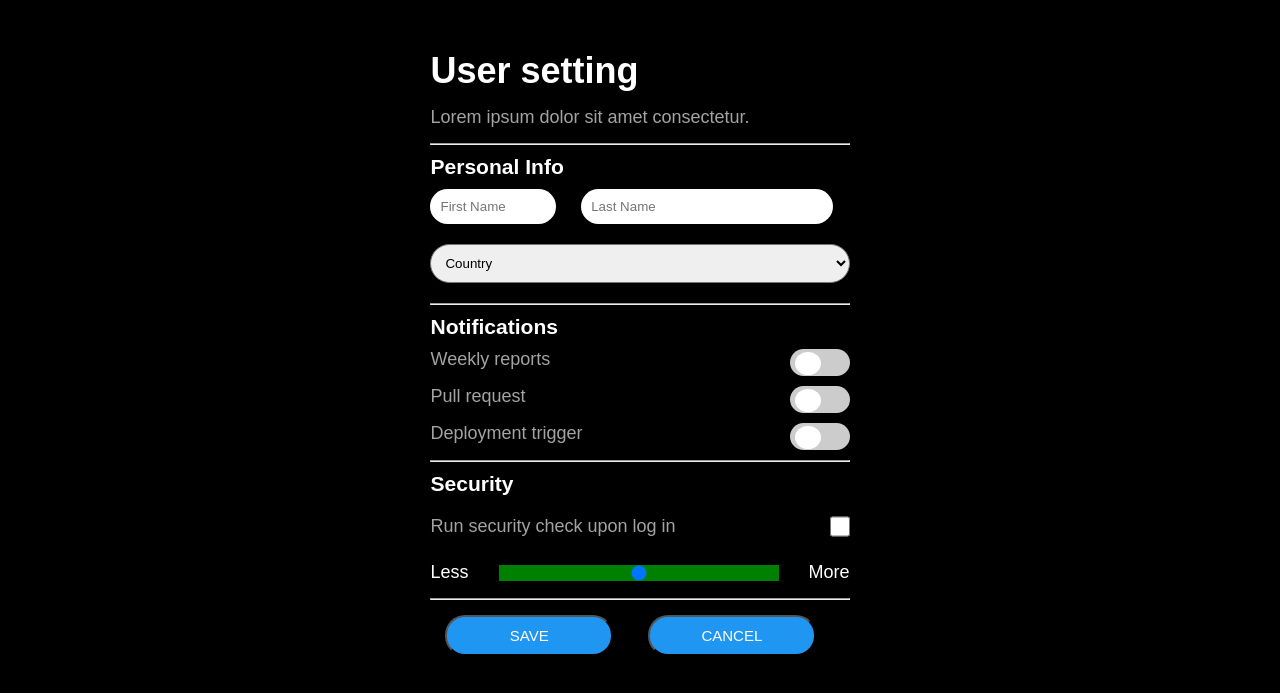
Repository: imokha01/DOM
Page: index.html
An editor plug-in stored every save of this project. The page is shown before and after the next save, followed by the edit.
The browser window is 1280 px wide. The pictures show the whole page.

Above is the page before, as saved 2023-12-21 10:14:27.

After the next save:
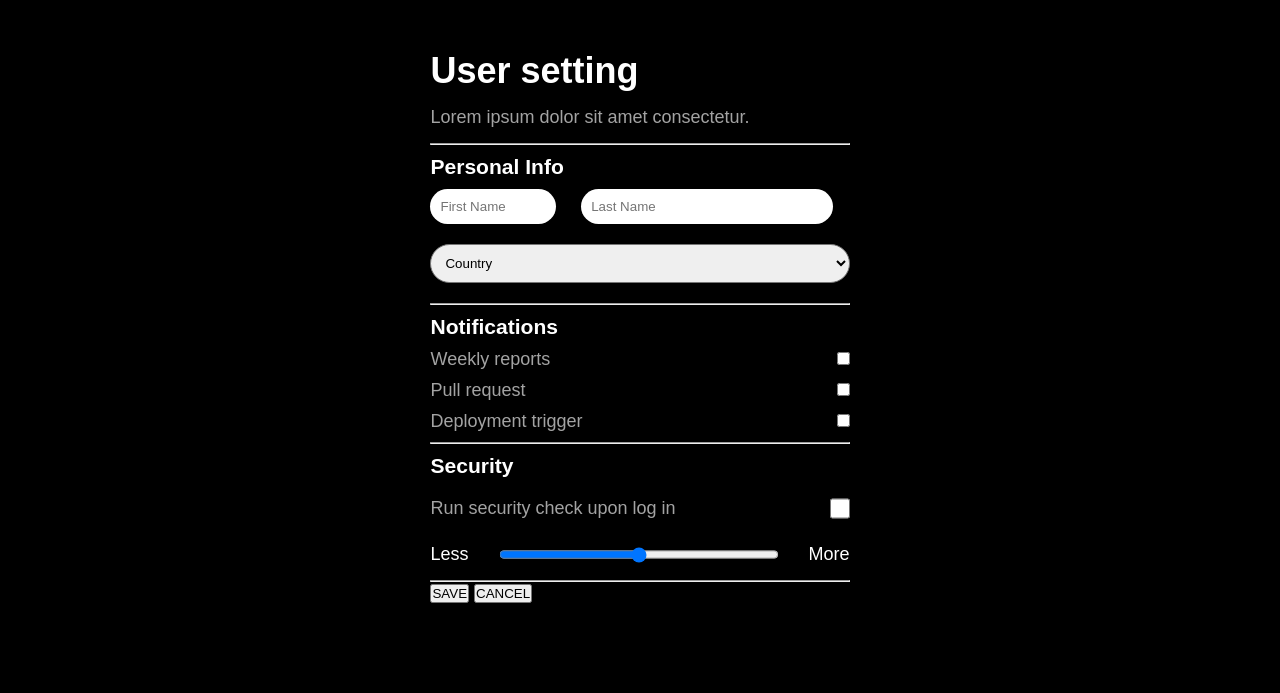
Saved 46 s later.
--- a/index.css
+++ b/index.css
@@ -93,9 +93,8 @@ select {
 
   }
 
-  input[type='range']::-webkit-slider-runnable-track {
-    background-color: green;
-  }
+  input[type="range"]::-moz-range-progress {
+    background-color: #43e5f7;
 
   button {
     padding: 10px;
